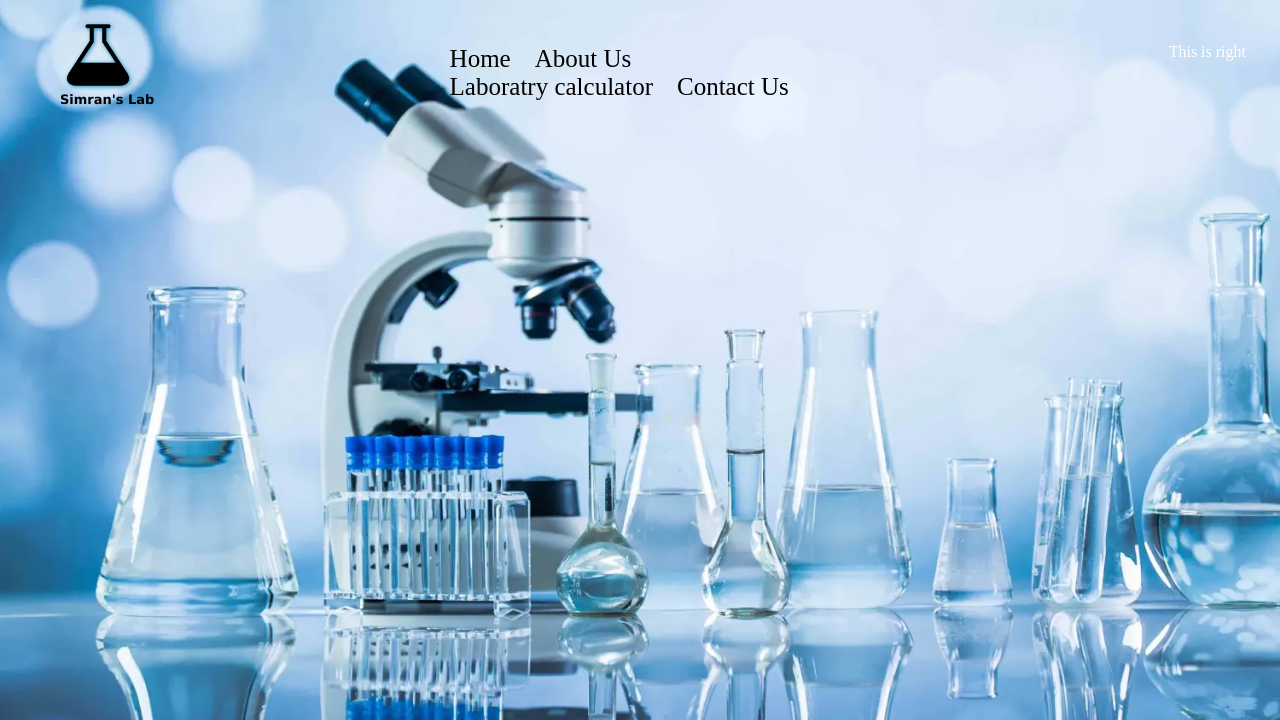
Repository: raisingh22/Simranlearning
Page: html css java/website/index.html
These files come from the project's save history. The page is drawn as it stood at one moment and after the next save; the edit follows.
The browser window is 1280 px wide. The pictures show the whole page.

Above is the page before, as saved 2024-01-01 18:50:57.

### html css java/website/index.html
<!DOCTYPE html>
<html lang="en">
<head>
    <meta charset="UTF-8">
    <meta name="viewport" content="width=device-width, initial-scale=1.0">
    <title>Simran's Lab</title>
</head>
<link rel="stylesheet" href="css/style.css">
<style>
    body {
        /* font-family: Impact, Haettenschweiler, 'Arial Narrow Bold', sans-serif; */
        color : white;
        padding: 0px;
        margin: 0px;
        background: url('img/bg2.webp');
        background-size:     cover;
        background-repeat:   no-repeat;
        }
    .left {
        display: inline-block;
        position: absolute;
        left: 60px;
        top: 20px;
        /* background-color: rgba(250, 235, 215, 0.943); */
        /* border: 2px solid #dad5d573; */
    }
    .left img{
        width: 76px;
        height: 70px;
        /* box-shadow: 10px 10px 20px rgb(167, 39, 39); */
        filter: drop-shadow(1px 1px 2px rgb(29, 144, 197));
        /* filter: invert(100%); */
    }
    .left div {
        font-family: 'Lucida Sans', 'Lucida Sans Regular', 'Lucida Grande', 'Lucida Sans Unicode', Geneva, Verdana, sans-serif;
        line-height: 12px;
        font-size: 13px;
        font-weight: bolder;
        color: black;
        text-align: center;
    }
    .mid{
        display: block;
        width: 36%;
        margin: 29px auto;
        /* border: 2px solid #427e56; */
        /* background-color: #b7b1b164; */
    }
    .right {
        position: absolute;
        right: 34px;
        top: 43px;
        display: inline-block;
        /* border: 2px solid #f058ed; */

    }
    .navbar{
        display: inline-block;
        /* padding: 0px 25px; */
    }
    .navbar li{
        display: inline-block;
        font-size: 25px;
        margin-right: 20px;
        /* border: 1px solid rgb(214, 161, 161); */
    }
    .navbar li a{
        color: rgb(3, 0, 0);
        text-decoration: none;
        /* padding: 5px 10px; */
        /* margin: ; */
        /* background-color: rgba(0, 0, 0, 0.607); */
    }
    .navbar li a:hover, .navbar li a.active{
        text-decoration: underline;
        color: grey;
    }

</style>
<body>
    <header class="header">
        <div class="left">
            <img src="img/logo2.png" alt="">
            <div>Simran's Lab</div>
        </div>
        <div class="mid">
            <ul class="navbar">
                <li><a href="#">Home</a></li>
                <li><a href="#">About Us</a></li>
                <li><a href="#">Laboratry calculator</a></li>
                <li><a href="#">Contact Us</a></li>
            </ul>

        </div>
        <div class="right">
            This is right

        </div>
    </header>

</body>
</html>

Loaded but not shown: html css java/website/css/style.css (no stored copy; drawn as an empty file)

After the next save:
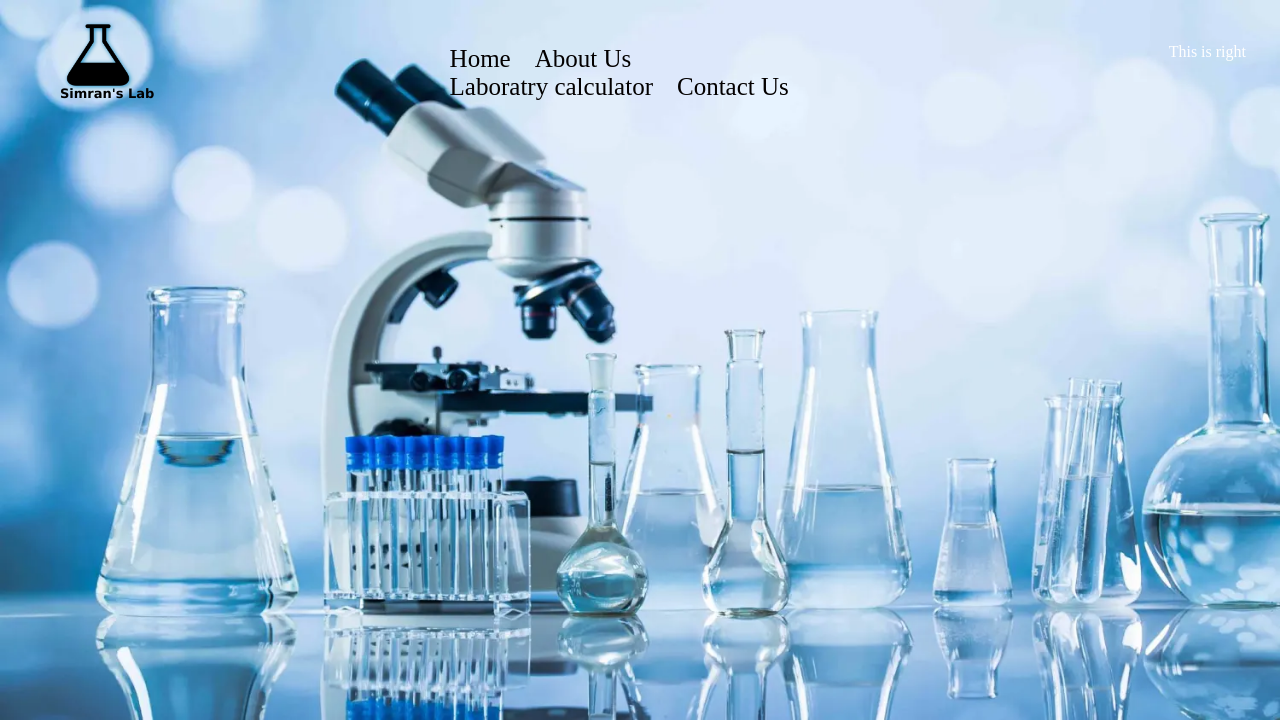
Saved 6 s later.
--- a/html css java/website/index.html
+++ b/html css java/website/index.html
@@ -33,7 +33,7 @@
     }
     .left div {
         font-family: 'Lucida Sans', 'Lucida Sans Regular', 'Lucida Grande', 'Lucida Sans Unicode', Geneva, Verdana, sans-serif;
-        line-height: 12px;
+        line-height: 0px;
         font-size: 13px;
         font-weight: bolder;
         color: black;
